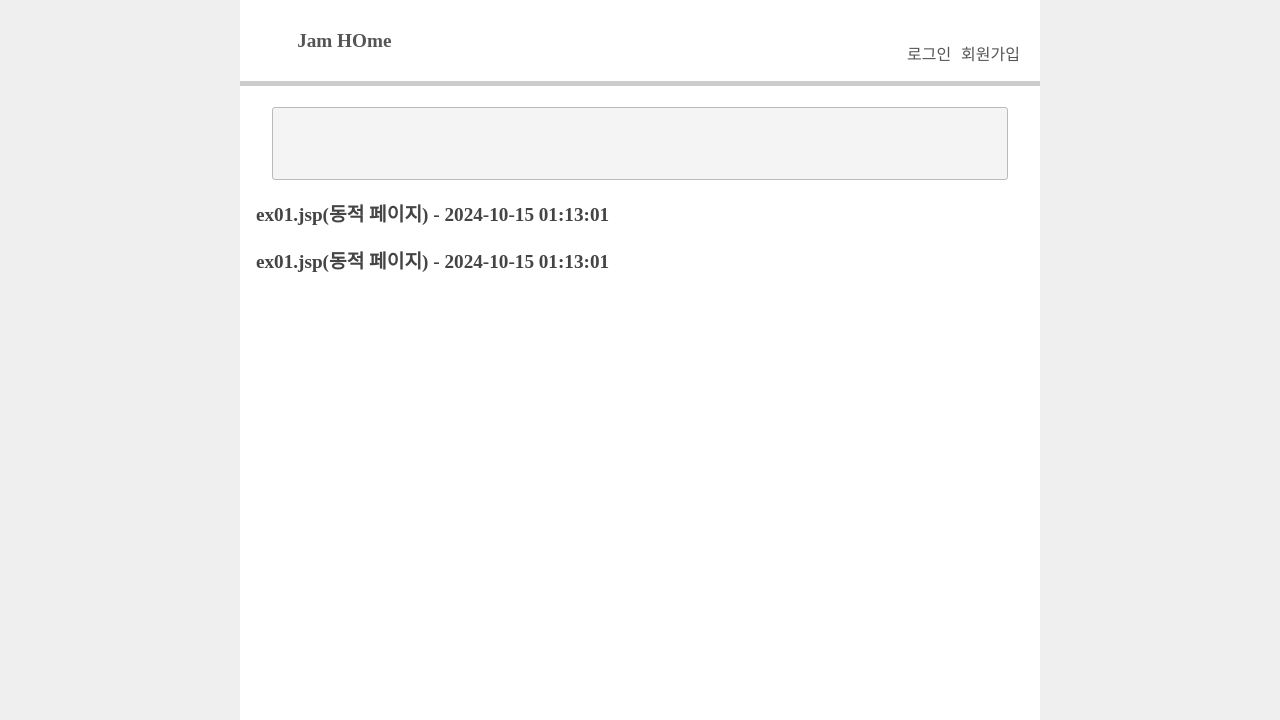
Repository: woals5636/JSPClass
Page: http://localhost/jspPro/days01/ex01.jsp
The author's editor kept a copy of each file at every save. The page is drawn from the files as they stood at one save, then again after the next save.
The browser window is 1280 px wide. The pictures show the whole page.
Some web fonts or font styles are not loaded; a fallback is used. The page is served by Tomcat 9.

Above is the page before, as saved 2024-10-15 02:46:06.

After the next save:
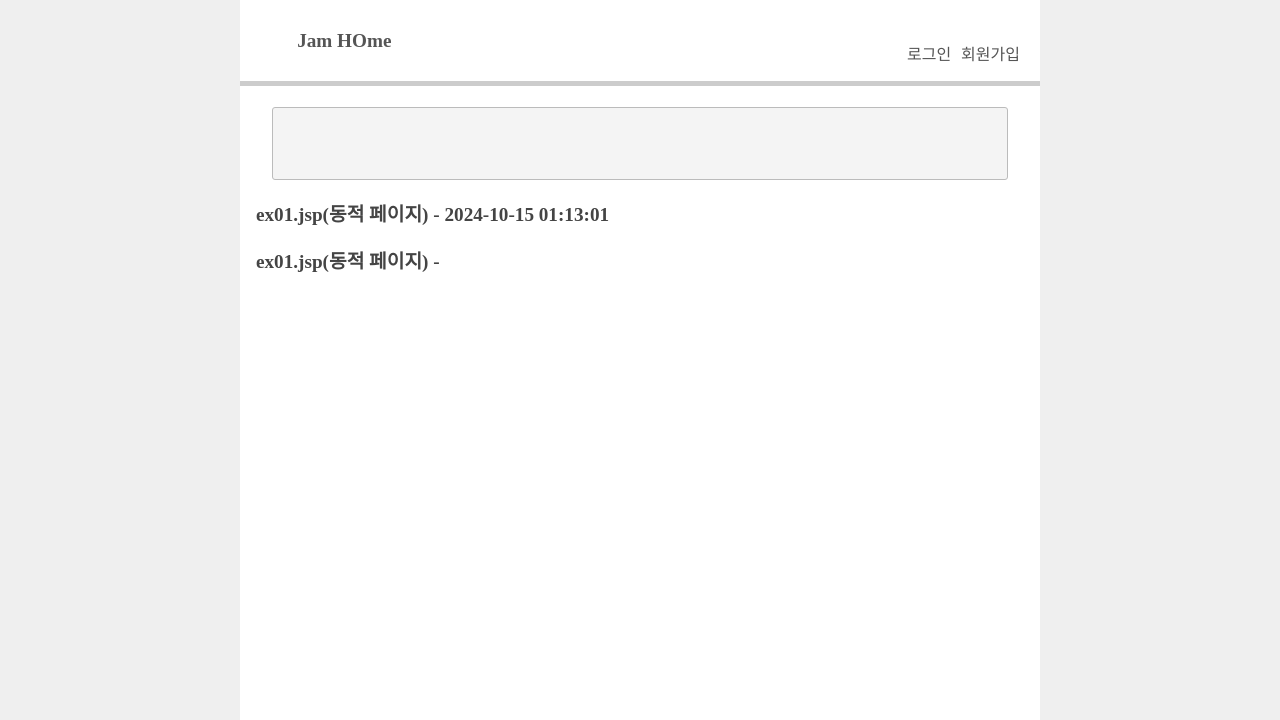
Saved 22 s later.
--- a/jspPro/src/main/webapp/days01/ex01.jsp
+++ b/jspPro/src/main/webapp/days01/ex01.jsp
@@ -42,7 +42,7 @@
   </xmp>
 
   <h3>ex01.jsp(동적 페이지) - <%= strNow %></h3>
-  <h3>ex01.jsp(동적 페이지) - <%= strNow %></h3>
+  <h3>ex01.jsp(동적 페이지) - <% %></h3>
 </div>
 </body>
 </html>

After the 2 saves that followed:
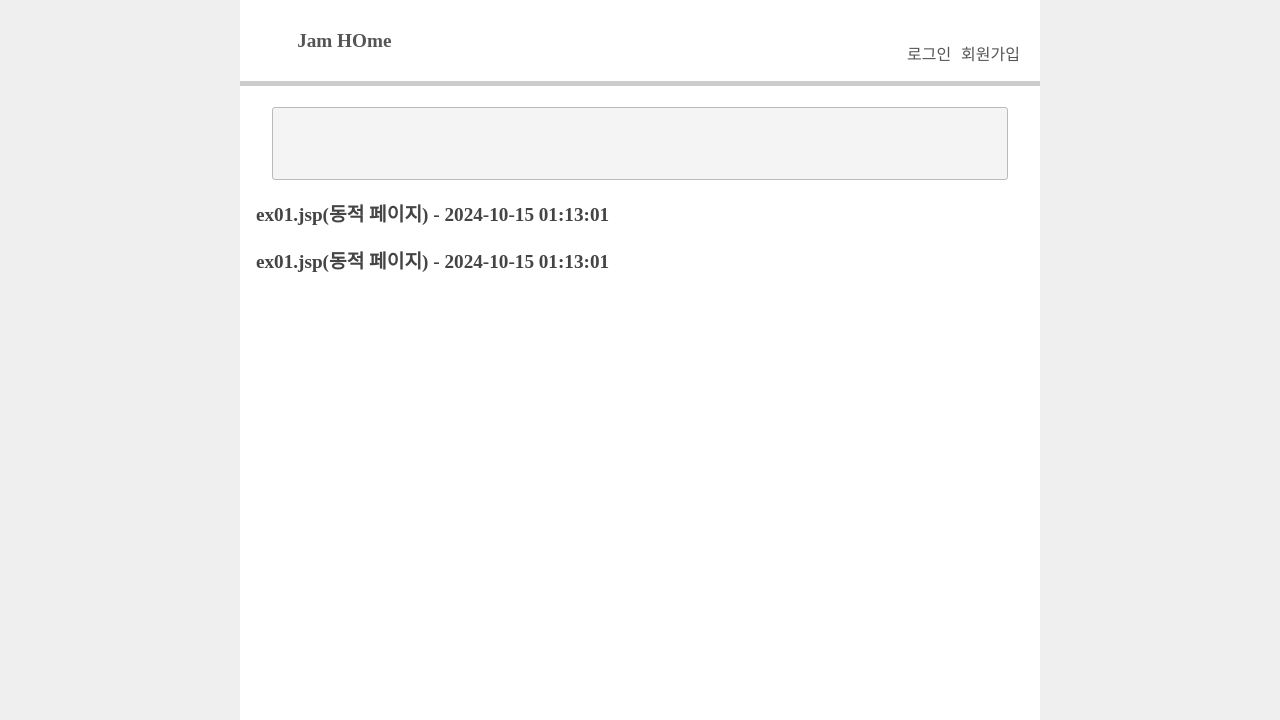
The 2 saves are shown as one change because they came seconds apart.
The last was saved 5 min 16 s later.
--- a/jspPro/src/main/webapp/days01/ex01.jsp
+++ b/jspPro/src/main/webapp/days01/ex01.jsp
@@ -42,7 +42,7 @@
   </xmp>
 
   <h3>ex01.jsp(동적 페이지) - <%= strNow %></h3>
-  <h3>ex01.jsp(동적 페이지) - <% %></h3>
+  <h3>ex01.jsp(동적 페이지) - <% out.print(strNow); %></h3>
 </div>
 </body>
 </html>
